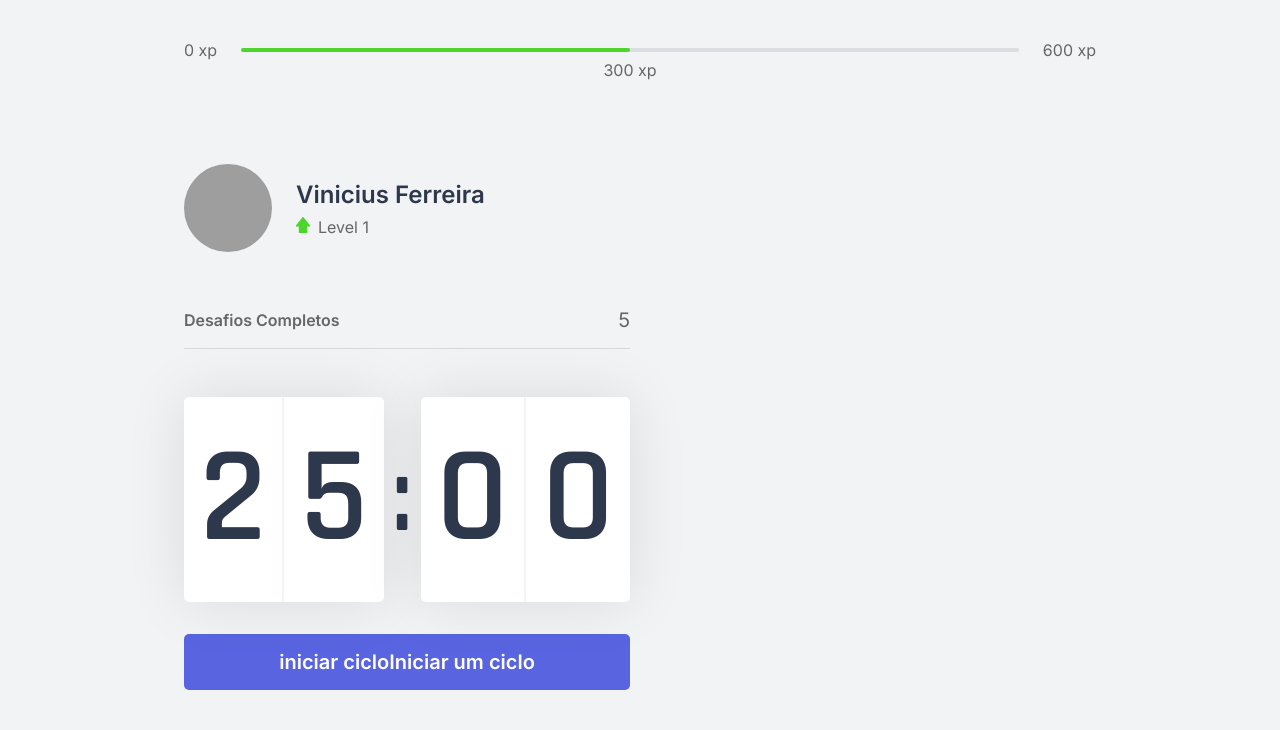
Repository: viniciusfg05/nlwFocus
Page: /
An editor plug-in stored every save of this project. The page is shown before and after the next save, followed by the edit.
The browser window is 1280 px wide. The pictures show the whole page.
Pictures or frames that could not be fetched are drawn as grey boxes. The project was rebuilt for these pictures with package versions that can differ from the ones it lists, and the page was loaded fresh each time. The framework's server and built-in components were replaced by stand-ins that run in the browser.

Above is the page before, as saved 2022-02-28 09:35:58.

After the next save:
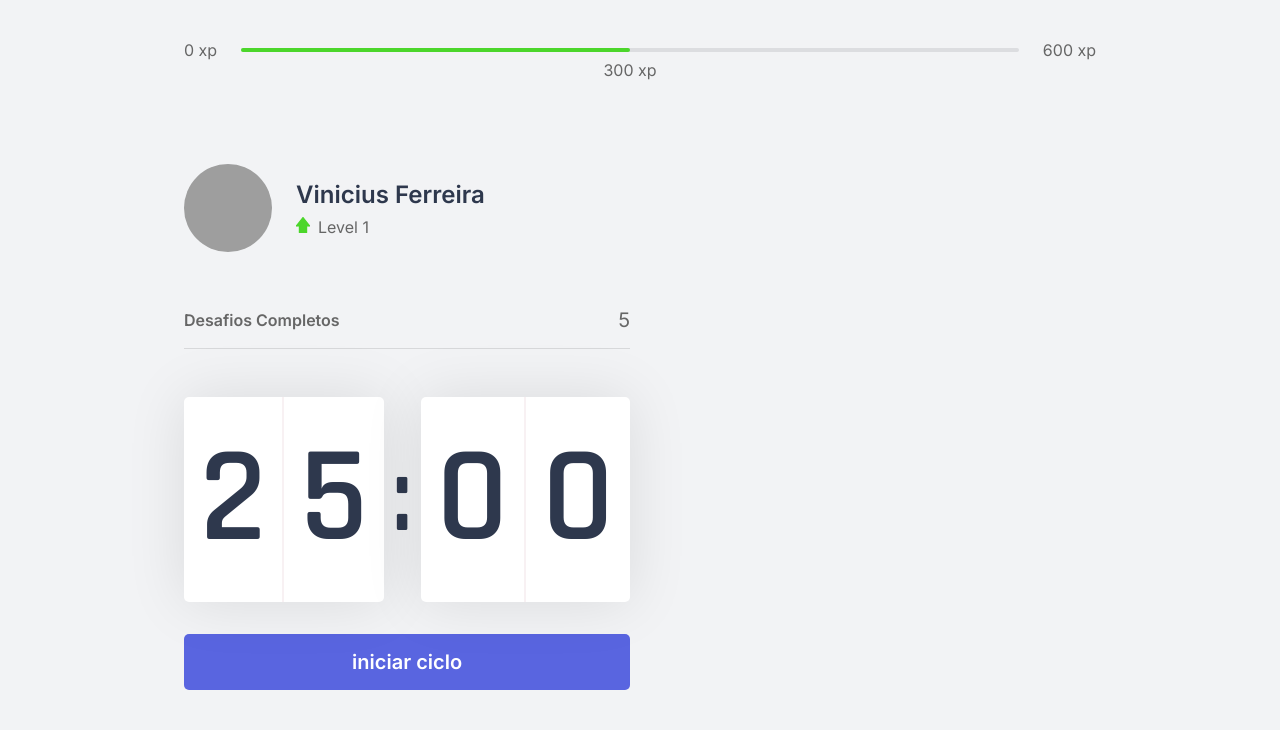
Saved 42 s later.
--- a/src/components/CountDown.tsx
+++ b/src/components/CountDown.tsx
@@ -46,7 +46,6 @@ export function CountDown() {
         onClick={startCoutDown}
         >
             { isActive ? "Abondonar ciclo" : "iniciar ciclo"}
-            Iniciar um ciclo
         </button>
         </div>
     )
